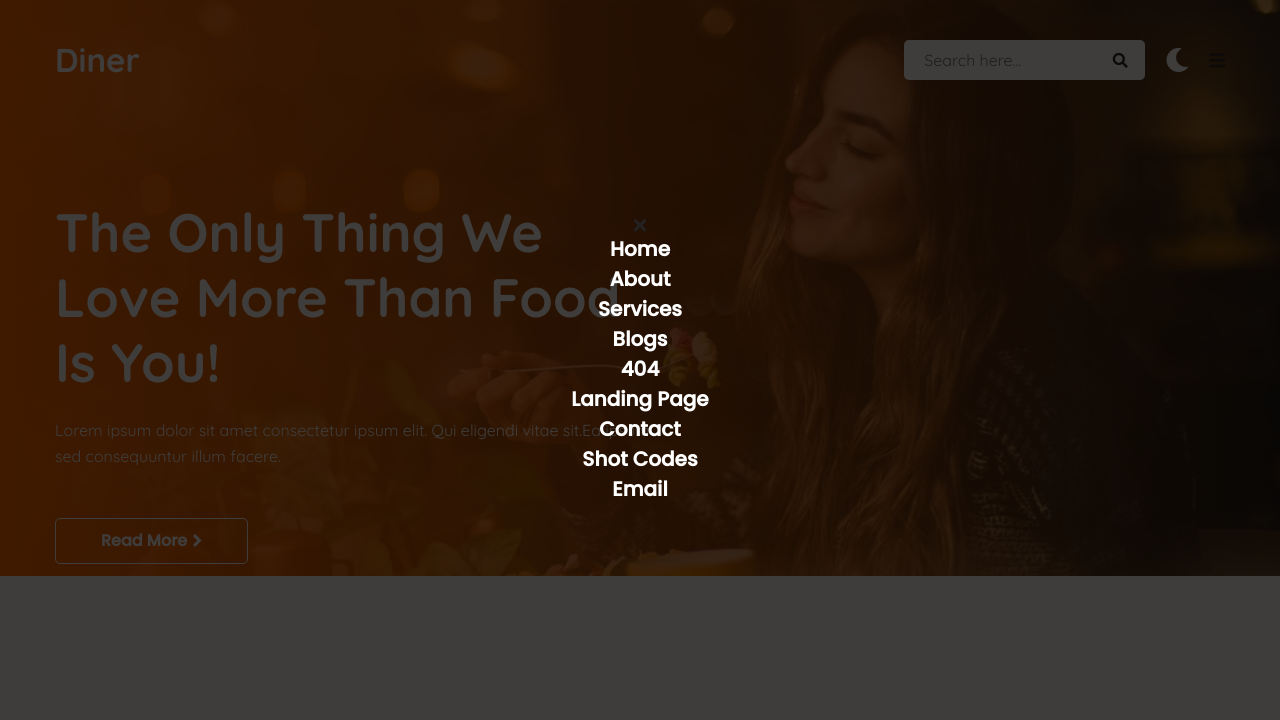
Repository: baobaodeveloper/bootscap21_project_AnhBao_VietToan_VietDuc
Page: index.html
These files come from the project's save history. The page is drawn as it stood at one moment and after the next save; the edit follows.
The browser window is 1280 px wide. The pictures show the whole page.

Above is the page before, as saved 2022-03-02 23:47:15.

After the next save:
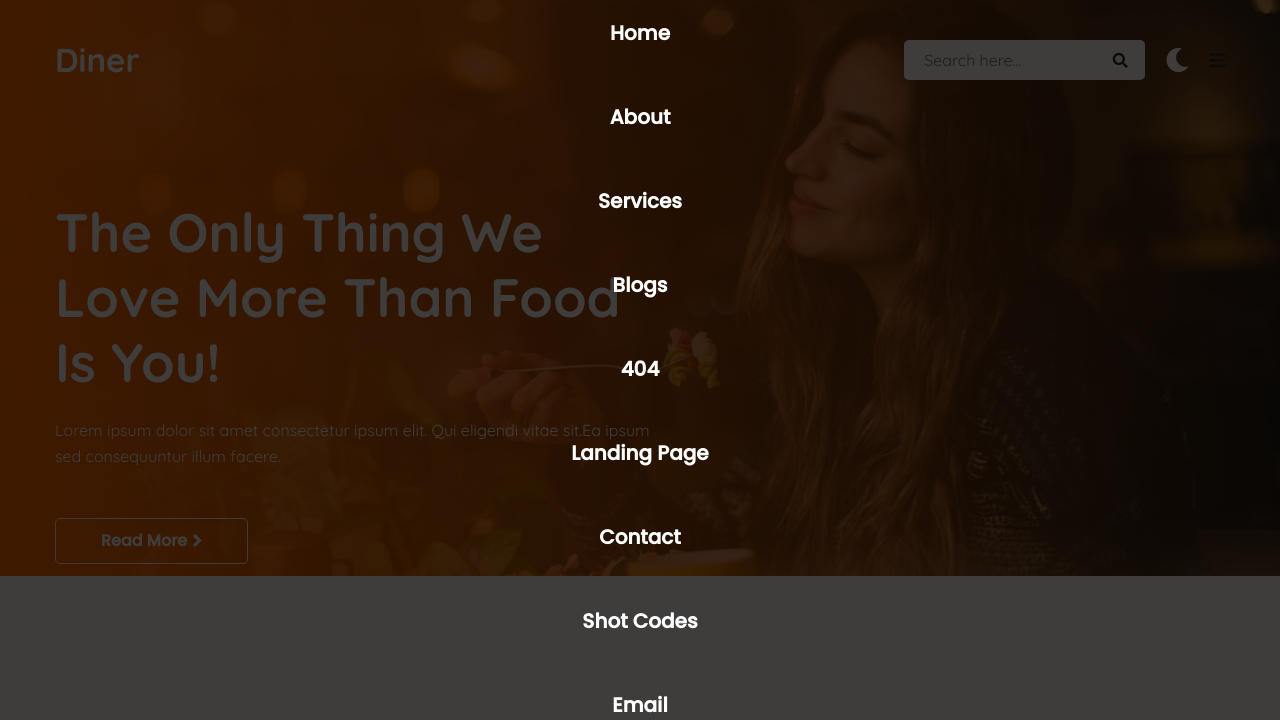
Saved 20 s later.
--- a/style.css
+++ b/style.css
@@ -200,7 +200,7 @@ body {
   font-family: var(--third-font);
   font-size: 2rem;
   font-weight: 600;
-  line-height: 3rem;
+  margin: 3rem 0;
 }
 
 /* header section ends */
